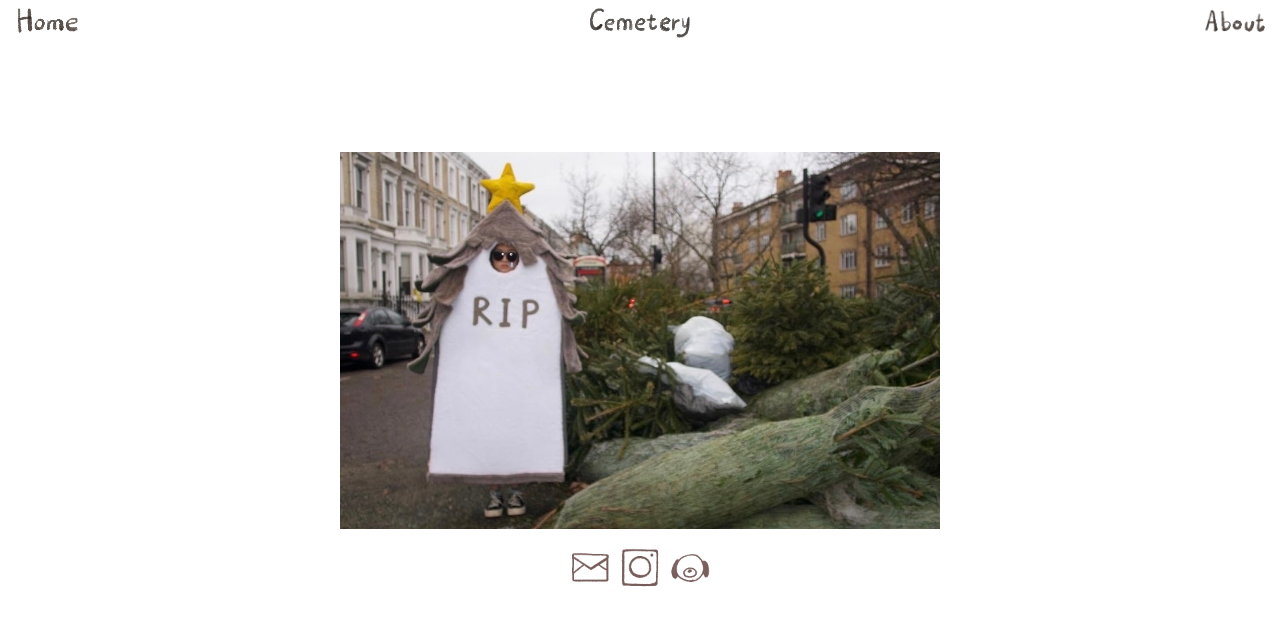
Repository: FuugaMo/ByeByeChristmasTree.github.io
Page: about.html
The author's editor kept a copy of each file at every save. The page is drawn from the files as they stood at one save, then again after the next save.
The browser window is 1280 px wide. The pictures show the whole page.

Above is the page before, as saved 2023-08-02 09:33:52.

After the next save:
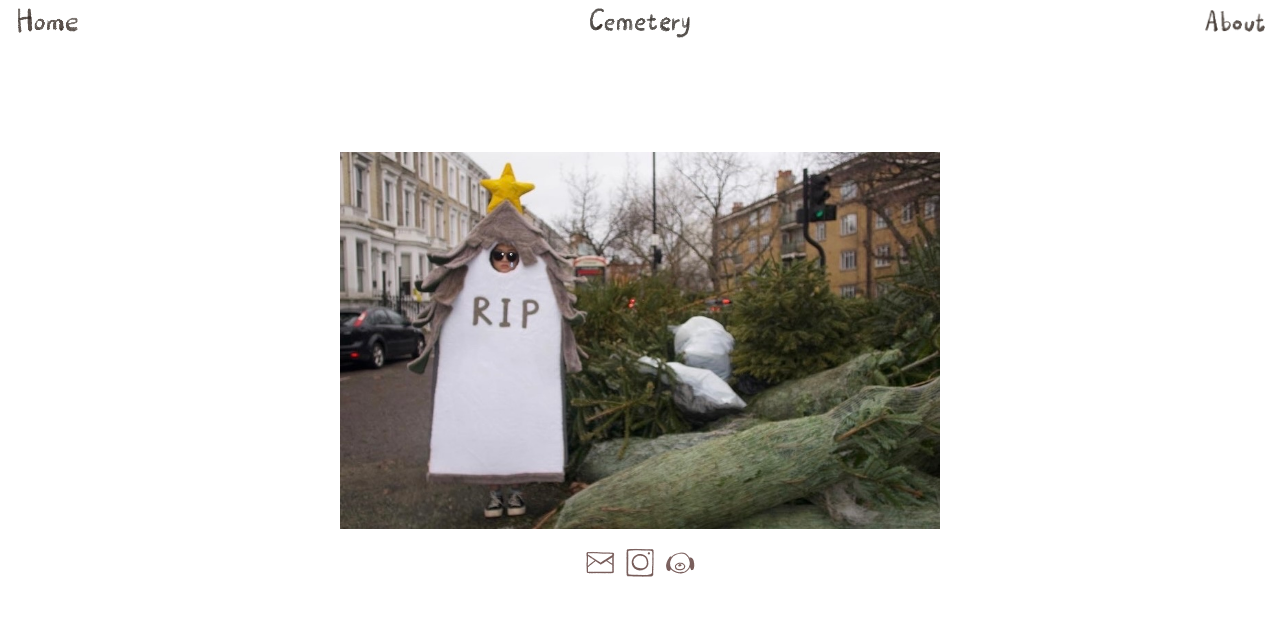
Saved 8 s later.
--- a/about.css
+++ b/about.css
@@ -105,6 +105,6 @@ html {
 }
 
 .link img {
-    width: 40px;
-    height: 40px;
+    width: 30px;
+    height: 30px;
 }
